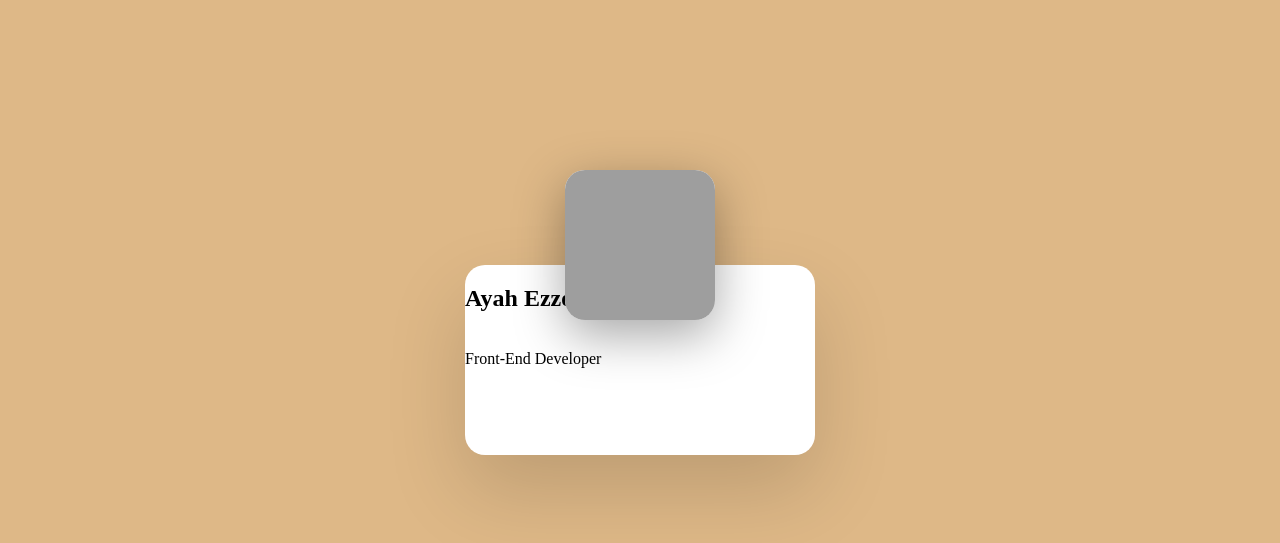
Repository: ayah1996/Github-Profiles
Page: index.html
An editor plug-in stored every save of this project. The page is shown before and after the next save, followed by the edit.
The browser window is 1280 px wide. The pictures show the whole page.
Pictures or frames that could not be fetched are drawn as grey boxes. The page's requests for data from a server got no answer.

Above is the page before, as saved 2023-01-26 14:12:49.

### index.html
<!DOCTYPE html>
<html lang="en">
  <head>
    <meta charset="UTF-8" />
    <meta http-equiv="X-UA-Compatible" content="IE=edge" />
    <meta name="viewport" content="width=device-width, initial-scale=1.0" />
    <link rel="stylesheet" href="style.css" />
    <script src="script.js" defer></script>
    <title>Github Profile</title>
  </head>
  <body>
    <!-- <form id="form">
      <input type="text" id="search" placeholder="Search A Github User ..." />
    </form> -->
    <main id="main">
      <div class="card">
        <div class="imgBox">
          <img src="unnamed.jpg" alt="profile Image" />
        </div>
        <div class="content">
          <div class="details">
            <h2>Ayah Ezzeddine</h2>
            <br /><span> Front-End Developer </span>
          </div>
        </div>
      </div>
    </main>
  </body>
</html>

### style.css
* {
  box-sizing: border-box;
}

body {
  margin: 0;
}

#main {
  display: flex;
  justify-content: center;
  align-items: center;
  min-height: 100vh;
  background-color: burlywood;
}

.card {
  position: relative;
  width: 350px;
  height: 190px;
  /* height: 450px; */
  background-color: #fff;
  border-radius: 20px;
  box-shadow: 0 35px 80px rgba(0, 0, 0, 0.15);
  transition: 0.5s;
}

.card:hover {
  height: 450px;
}

.imgBox {
  position: absolute;
  left: 50%;
  top: -50%;
  transform: translateX(-50%);
  width: 150px;
  height: 150px;
  background-color: #fff;
  border-radius: 20px;
  box-shadow: 0 15px 50px rgba(0, 0, 0, 0.35);
  overflow: hidden;
  transition: 0.5s;
}
.card:hover .imgBox {
  width: 250px;
  height: 250px;
}
.imgBox img {
  position: absolute;
  top: 0;
  left: 0;
  width: 100%;
  height: 100%;
  -o-object-fit: cover;
  object-fit: cover;
}

### script.js
const APIURL = "https://api.github.com/users/";

const main = document.getElementById("main");
const form = document.getElementById("form");
const search = document.getElementById("search");

getUser("ayah1996");

async function getUser(username) {
  const response = await fetch(APIURL + username);
  const data = await response.json();

  createUserCard(data);
  getRepos(username);
}

async function getRepos(username) {
  const response = await fetch(APIURL + username + "/repos");
  const data = await response.json();

  addReposToCard(data);
}

function createUserCard(user) {
  const cardHTML = ``;
}

After the next save:
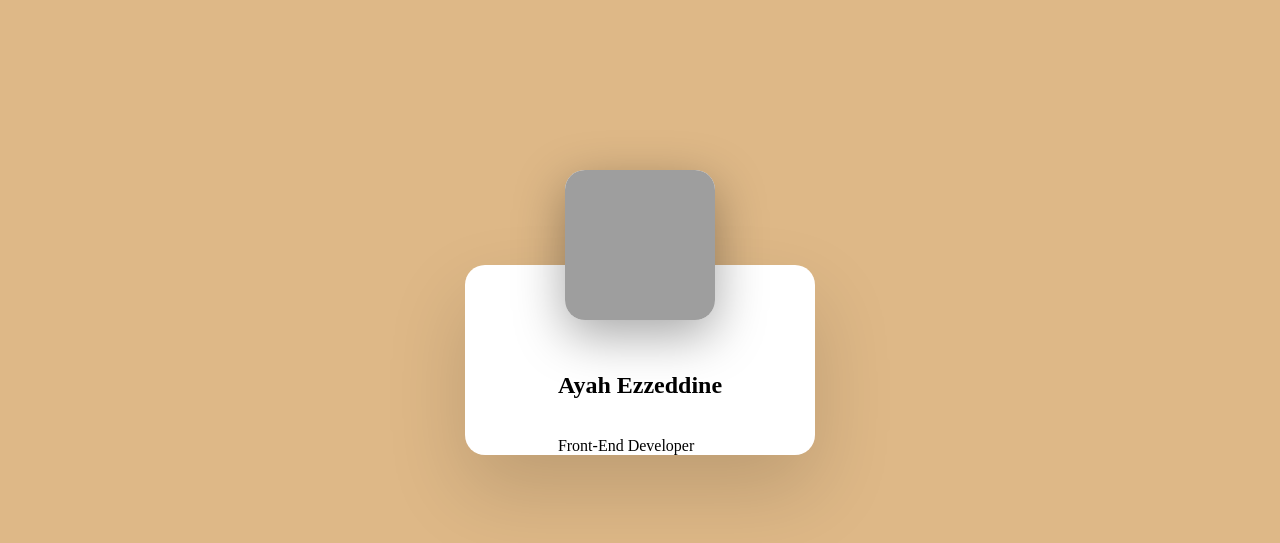
Saved 84 s later.
--- a/style.css
+++ b/style.css
@@ -55,3 +55,12 @@ body {
   -o-object-fit: cover;
   object-fit: cover;
 }
+
+.card .content {
+  position: absolute;
+  width: 100%;
+  height: 100%;
+  display: flex;
+  justify-content: center;
+  align-items: flex-end;
+}
